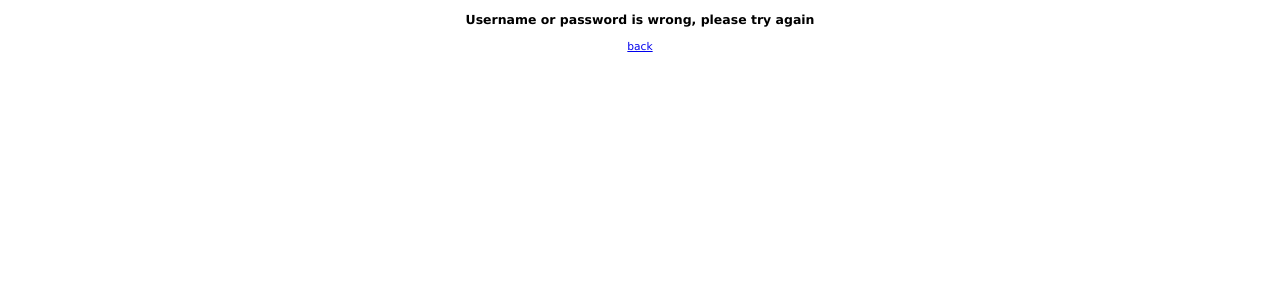
Repository: yahouari/Stage2019
Page: http://localhost/test/failure.jsp
An editor plug-in stored every save of this project. The page is shown before and after the next save, followed by the edit.
The browser window is 1280 px wide. The pictures show the whole page.
The page is served by Tomcat 9. Other server files are loaded and not shown.

Above is the page before, as saved 2019-07-26 10:29:32.

### test/WebContent/failure.jsp
<%@ page language="java" contentType="text/html; charset=ISO-8859-1"
    pageEncoding="ISO-8859-1"%>
<!DOCTYPE html>
<html>
<head>
        <meta charset="utf-8" />
        <title> Formulaire candidat  </title>
        <link type="text/css" rel="stylesheet" href="inc/style.css" />
    </head>
    <body>
        <center>


<h3>Username or password is wrong, please try again</h3>


            <a href="./login.jsp">back</a>
        </center>
    </body>
</html>

### test/WebContent/inc/style.css
@charset "UTF-8";
/* Général ------------------------------------------------------------------------------------- */

body, p, legend, label, input {
    font: normal 8pt verdana, helvetica, sans-serif;
}

/* Forms --------------------------------------------------------------------------------------- */
fieldset {
    padding: 10px;
    border: 1px #800000 solid;
    margin: 10px;
}

legend {
    font-weight: bold;
    color: #0568CD;
}



form input {
    margin: 3px 3px 0px 0px;
    border: 1px #999 solid;
}

form input.sansLabel {
    margin-left: 200px;
}

/* Styles et couleurs -------------------------------------------------------------------------- */
.requis {
    color: #c00;
}

.erreur {
    color: #900;
}

.succes {
    color: #090;
}

.info {
    font-style: italic;
    color: #E8A22B;
}
table
{
    border-collapse: collapse;
    color: #900;

}
td, th /* Mettre une bordure sur les td ET les th */
{
    border: 1px solid black;
    color: #900;
}
mark
{
    /* La couleur de fond prend le pas sur celle de toute la page */
    background-color: #0080ff;
    color: #ffffff;
}
h4
{
	 color: #800000
}
#header {
    height: 110px;
    background: #FFF url(img/banniere_recrutement_1200.jpg) top left no-repeat;
    position: relative;
    -webkit-border-radius: 10px;
}

After the next save:
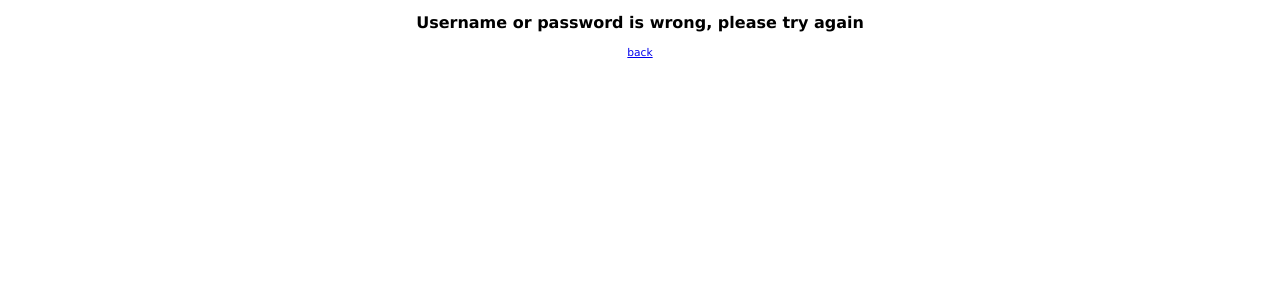
Saved 1 s later.
--- a/test/WebContent/failure.jsp
+++ b/test/WebContent/failure.jsp
@@ -11,10 +11,10 @@
         <center>
 
 
-<h3>Username or password is wrong, please try again</h3>
+<h2>Username or password is wrong, please try again</h2>
 
 
-            <a href="./login.jsp">back</a>
+            <a href="./site.jsp">back</a>
         </center>
     </body>
 </html>
